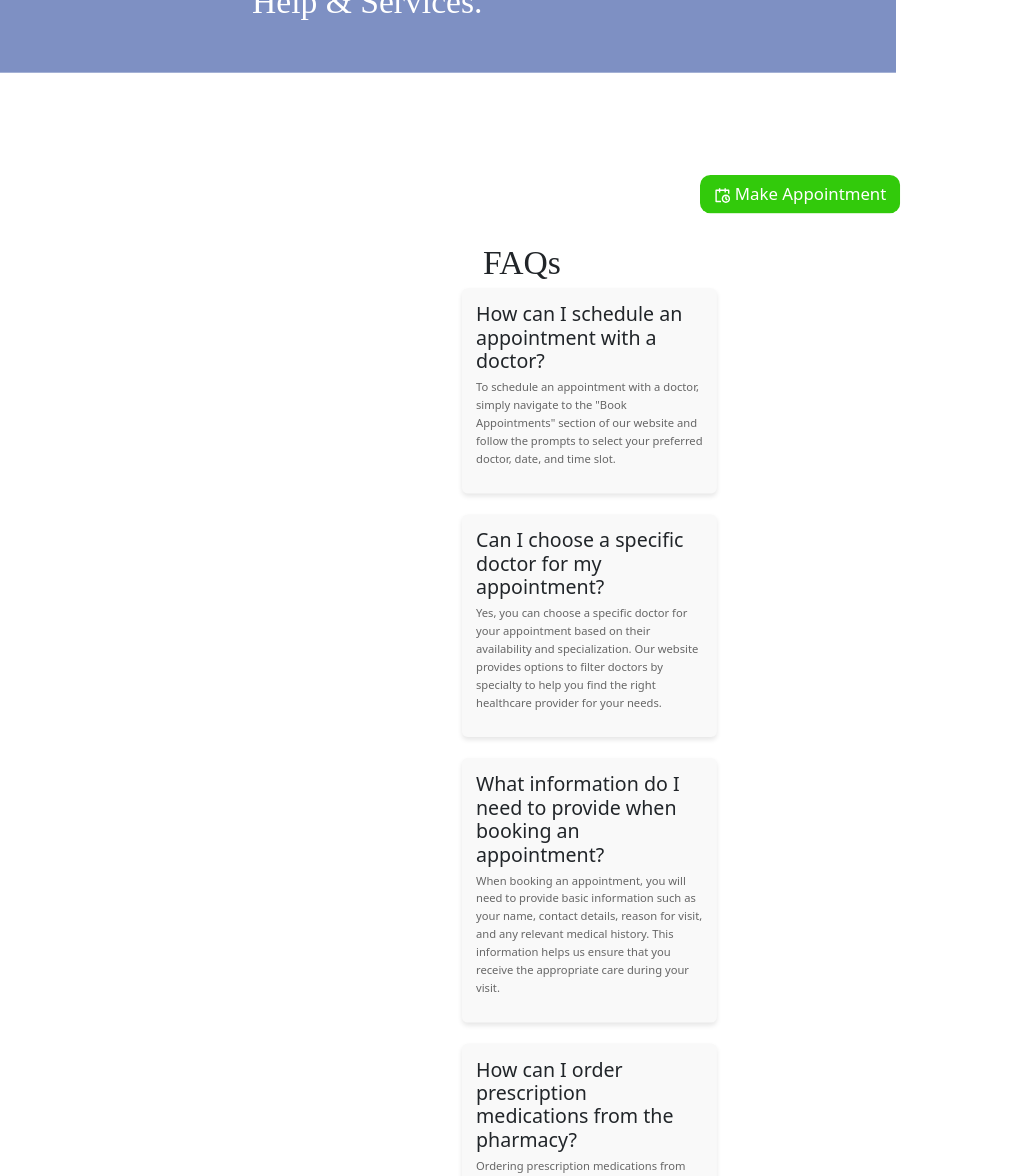
Repository: WajihaGul/MedicalApp-Frontend
Page: /
An editor plug-in stored every save of this project. The page is shown before and after the next save, followed by the edit.
The browser window is 1280 px wide. The page is 1457 px wide, so the pictures cover 1457 px, including what lies to the right of the window. The pictures show the part of the page from y = 2277 to 3957 px (the page is 4955 px tall before and 4991 px after), at 70% of full size.
The project was rebuilt for these pictures with package versions that can differ from the ones it lists, and the page was loaded fresh each time. Also part of the build but not shown: vite.config.js, src/index.css, src/App.css.

Above is the page before, as saved 2024-05-08 22:58:42.

### public/index.html
<!DOCTYPE html>
<html lang="en">
  <head>
    <meta charset="utf-8" />
    <link rel="icon" href="%PUBLIC_URL%/favicon.ico" />
    <meta name="viewport" content="width=device-width, initial-scale=1" />
    <meta name="theme-color" content="#000000" />
    <meta
      name="description"
      content="Web site created using create-react-app"
    />
    <link rel="apple-touch-icon" href="%PUBLIC_URL%/logo192.png" />

    <link rel="manifest" href="%PUBLIC_URL%/manifest.json" />

    <title>Health Buddy</title>

    <!-- Bootstrap CSS -->

    <link href="https://cdn.jsdelivr.net/npm/bootstrap@5.3.3/dist/css/bootstrap.min.css" rel="stylesheet">
  </head>
  <body>
    <noscript>You need to enable JavaScript to run this app.</noscript>
    <div id="root"></div>

  </body>
</html>

### src/index.js
import React from "react";
import ReactDOM from "react-dom/client";
import "./index.css";
import "bootstrap/dist/css/bootstrap.min.css";
import { Auth0Provider } from "@auth0/auth0-react";
import App from "./App";

const root = ReactDOM.createRoot(document.getElementById("root"));
root.render(
  <Auth0Provider
    domain="dev-0g3c3dxmqjxyqw2c.us.auth0.com"
    clientId="oMzUGa6dYetqfOyrTVNkJyeCd189p4oL"
    authorizationParams={{
      redirect_uri: window.location.origin,
    }}
  >
    <App />
  </Auth0Provider>
);

### src/App.js
import "./App.css";
import Homepage from "./Pages/Homepage";
function App() {
  return (
    <>
      <Homepage />
    </>
  );
}

export default App;

### src/Pages/Homepage.jsx
import Accomplishments from "../Components/Accomplishments/Accomplishments";
import Experience from "../Components/Experience/Experience";
import LandingPage from "./../Components/LandingPage/LandingPage";
import NavigationBar from "./../Components/NavigationBar/Navbar";
import MakeAppointment from "../Components/MakeAppointment/MakeAppointment";
import Footer from "../Components/Footer/Footer";
import Faqs from "../Components/FAQS/Faqs";

const Homepage = () => {
  return (
    <>
      <NavigationBar />
      <LandingPage />
      <Accomplishments />
      <Experience />
      <MakeAppointment />
      <Faqs />
      <Footer />
    </>
  );
};

export default Homepage;

### src/Components/Accomplishments/Accomplishments.jsx
import styles from "./Accomplishments.module.css";

const Accomplishments = () => {
  return (
    <div className={styles.container}>
      <div className={styles.innerContainer}>
        <div className={styles.column1}>
          <img
            className={styles.cols_img}
            src="https://medi-dove.netlify.app/img/counter/counter-icon-7.png"
            alt=""
          />

          <p className={styles.explanationi}>540 + </p>

          <p className={styles.explanationii}>Expert Doctors</p>

          <p className={styles.explanationiii}>
            Our team of dedicated professionals ensures personalized care and
            expert guidance tailored to your unique health needs
          </p>
        </div>

        <div className={styles.column1}>
          <img
            className={styles.cols_img}
            src="https://medi-dove.netlify.app/img/counter/counter-icon-9.png"
            alt=""
          />

          <p className={styles.explanationi}>899+</p>

          <p className={styles.explanationii}>Problem Solve</p>

          <p className={styles.explanationiii}>
            Benefit from our extensive expertise in resolving medical
            challenges, offering tailored solutions that prioritize patient
            well-being.
          </p>
        </div>

        <div className={styles.column3}>
          <img
            className={styles.cols_img}
            src="https://medi-dove.netlify.app/img/counter/counter-icon-83.png"
            alt=""
          />

          <p className={styles.explanationi}>100+</p>

          <p className={styles.explanationii}>Award Winner</p>

          <p className={styles.explanationiii}>
            With a track record of excellence, we continue to set the standard
            for cutting-edge medical information and services
          </p>
        </div>
      </div>
    </div>
  );
};

export default Accomplishments;

### src/Components/Experience/Experience.jsx
import styles from "./Experience.module.css";

const Experience = () => {
  return (
    <>
      <div className={styles.container}>
        <div className={styles.divimg}>
          <img
            className={styles.eimg}
            src="/Assets/Experience_image.png"
            alt="logo here"
          />
        </div>

        <div>
          <h1 className={styles.ehead1}>25+ Years Of Experience</h1>
          <br />
          <h6 className={styles.ehead6}>
            HealthBuddy helps you in searching available doctors as well as
            medicines
          </h6>
        </div>
        <div>
          <p className={styles.story_p}>
            Drawing upon a wealth of over 25 years of collective experience in
            the healthcare sector, our team brings unparalleled expertise to the
            development of medical websites. With a focus on user-centric design
            and accessibility, we create intuitive interfaces that prioritize
            patient engagement and professional credibility. By staying abreast
            of the latest industry trends and technological advancements, we
            ensure that our websites not only meet but exceed the expectations
            of both healthcare providers and their patients. Our commitment to
            excellence drives us to deliver solutions that resonate with our
            clients' goals and aspirations, ultimately contributing to the
            advancement of healthcare services in today's digital landscape.
          </p>
        </div>
      </div>
    </>
  );
};
export default Experience;

### src/Components/LandingPage/LandingPage.jsx
import React from "react";
import "bootstrap/dist/css/bootstrap.min.css";
import { Carousel } from "react-bootstrap";
import styles from "./LandingPage.module.css";

const LandingPage = () => {
  return (
    <Carousel>
      <Carousel.Item>
        <img
          className={styles.dblock}
          src="https:hips.hearstapps.com/hmg-prod/images/types-of-doctors-1600114658.jpg?crop=0.974xw:0.729xh;0,0&resize=1200:*"
          alt="First slide"
        />
        <Carousel.Caption>
          <h3 className={styles.sliders_h}>Welcome to HealthBuddy</h3>
          <p className={styles.sliders_p}>
            We are dedicated to providing compassionate care and innovative
            medical solutions tailored to your needs.
          </p>
        </Carousel.Caption>
      </Carousel.Item>
      <Carousel.Item>
        <img
          className={styles.dblock}
          src="https://medi-dove.netlify.app/img/home4/about/overlap.png"
          alt="Second slide"
        />
        <Carousel.Caption>
          <h3 className={styles.sliders_h}>
            Find Trusted Doctors in Your Area
          </h3>
          <p className={styles.sliders_p}>
            Whether you need a primary care physician, specialist, or allied
            healthcare provider, we've got you covered.
          </p>
        </Carousel.Caption>
      </Carousel.Item>
      <Carousel.Item>
        <img
          className={styles.dblock}
          src="https://drz0f01yeq1cx.cloudfront.net/1714474335549-158e1cf4-d33e-41ef-afb5-0ab23aea778c-4929.png"
          alt="Third slide"
        />
        <Carousel.Caption>
          <h3 className={styles.sliders_h}>Convenient Pharmacy Services</h3>
          <p className={styles.sliders_p}>
            Our pharmacy services make it easy to access the medications you
            need, right from the comfort of your own home.
          </p>
        </Carousel.Caption>
      </Carousel.Item>
    </Carousel>
  );
};

export default LandingPage;

### src/Components/NavigationBar/Navbar.jsx
import styles from "./Navbar.module.css";
import { useAuth0 } from "@auth0/auth0-react";

const Navbar = () => {
  const { loginWithRedirect, isAuthenticated, logout } = useAuth0();

  return (
    <>
      <nav className={styles.container}>
        <div className={styles.logo}>
          <img
            className={styles.nav_img}
            src="https://cdn.icon-icons.com/icons2/1465/PNG/512/588hospital_100778.png"
            alt="logo"
          />
          <h1 className={styles.nav_head}>HealthBuddy</h1>
        </div>
        <ul className={styles.navul}>
          <li href="#">Home</li>
          <li href="#">Doctors</li>
          <li href="#">Pharmacies</li>
          <li href="#">Contact Us</li>
        </ul>
        {isAuthenticated ? (
          <li>
            <button
              className={styles.customButton}
              onClick={() =>
                logout({ logoutParams: { returnTo: window.location.origin } })
              }
            >
              Log Out
            </button>
          </li>
        ) : (
          <li>
            <button
              className={styles.customButton}
              onClick={() => loginWithRedirect()}
            >
              Login
            </button>
          </li>
        )}
      </nav>
    </>
  );
};

export default Navbar;

### src/Components/MakeAppointment/MakeAppointment.jsx
import styles from "./MakeAppointment.module.css";
import { RiCalendarScheduleLine } from "react-icons/ri";

const MakeAppointment = () => {
  return (
    <>
      <div className={styles.container}>
        <div className={styles.divii}>
          <h3 className={styles.head3}>HealthCare Services</h3>
          <h1 className={styles.head1}>
            Don't Hesitate, Contact Us For Better Help & Services.
          </h1>
        </div>

        <div className={styles.ButtonHere}>
          <button className={styles.button} type="button">
            <RiCalendarScheduleLine className={styles.icon} />
            Make Appointment
          </button>
        </div>
      </div>
    </>
  );
};

export default MakeAppointment;

### src/Components/Footer/Footer.jsx
import React from "react";
import styles from "./Footer.module.css";
import {
  FaPhone,
  FaEnvelope,
  FaFacebook,
  FaTwitter,
  FaInstagram,
  FaLinkedin,
} from "react-icons/fa";

const Footer = () => {
  return (
    <>
      <footer className={styles.footer}>
        <div className={styles.container}>
          <div className={styles.footer_grid}>
            <div className={styles.footer_item}>
              <h3>Contact Us</h3>
              <p>
                <FaPhone /> +1-123-456-7890
              </p>
              <p>
                <FaEnvelope /> info@medicalwebsite.com
              </p>
            </div>
            <div className={styles.footer_item}>
              <h3>Quick Links</h3>
              <ul>
                <li>
                  <a href="#home">Home</a>
                </li>
                <li>
                  <a href="#doctors">Doctors</a>
                </li>
                <li>
                  <a href="#pharmacy">Pharmacy</a>
                </li>
                <li>
                  <a href="#appointments">Appointments</a>
                </li>
                <li>
                  <a href="#about">About Us</a>
                </li>
                <li>
                  <a href="#contact">Contact Us</a>
                </li>
              </ul>
            </div>
            <div className={styles.footer_item}>
              <h3>Services</h3>
              <ul>
                <li>
                  <a href="#appointment">Book Appointment</a>
                </li>
                <li>
                  <a href="#pharmacy-order">Order Medicine</a>
                </li>
              </ul>
            </div>
            <div className={styles.footer_item}>
              <h3>Follow Us</h3>
              <ul className={styles.social_icons}>
                <li>
                  <a href="https://facebook.com">
                    <FaFacebook />
                  </a>
                </li>
                <li>
                  <a href="https://twitter.com">
                    <FaTwitter />
                  </a>
                </li>
                <li>
                  <a href="https://instagram.com">
                    <FaInstagram />
                  </a>
                </li>
                <li>
                  <a href="https://linkedin.com">
                    <FaLinkedin />
                  </a>
                </li>
              </ul>
            </div>
          </div>
        </div>
        <div className={styles.footer_bottom}>
          <div className={styles.container}>
            <p>
              &copy; {new Date().getFullYear()} Medical Website. All rights
              reserved.
            </p>
          </div>
        </div>
      </footer>
    </>
  );
};

export default Footer;

### src/Components/FAQS/Faqs.jsx
import React from "react";
import styles from "./Faqs.module.css";

const Faqs = () => {
  return (
    <section className={styles.faq_section}>
      <div className={styles.faq_content}>
        <h2 className={styles.faq_h2}>FAQs</h2>
        <div className={styles.faq_item}>
          <h3>How can I schedule an appointment with a doctor?</h3>
          <p>
            To schedule an appointment with a doctor, simply navigate to the
            "Book Appointments" section of our website and follow the prompts to
            select your preferred doctor, date, and time slot.
          </p>
        </div>
        <div className={styles.faq_item}>
          <h3>Can I choose a specific doctor for my appointment?</h3>
          <p>
            Yes, you can choose a specific doctor for your appointment based on
            their availability and specialization. Our website provides options
            to filter doctors by specialty to help you find the right healthcare
            provider for your needs.
          </p>
        </div>
        <div className={styles.faq_item}>
          <h3>
            What information do I need to provide when booking an appointment?
          </h3>
          <p>
            When booking an appointment, you will need to provide basic
            information such as your name, contact details, reason for visit,
            and any relevant medical history. This information helps us ensure
            that you receive the appropriate care during your visit.
          </p>
        </div>
        <div className={styles.faq_item}>
          <h3>How can I order prescription medications from the pharmacy?</h3>
          <p>
            Ordering prescription medications from our pharmacy is easy. Simply
            log in to your account on our website, navigate to the pharmacy
            section, and browse our catalog of available medications. Add the
            desired items to your cart, proceed to checkout, and follow the
            instructions to complete your order
          </p>
        </div>

        <div className={styles.faq_item}>
          <h3>
            How long does it take for prescription medications to be delivered?
          </h3>
          <p>
            Prescription medication delivery times may vary depending on your
            location and the availability of the medications you have ordered.
            Typically, orders are processed and dispatched within 24 hours, and
            delivery times range from 2-3 business days.
          </p>
        </div>
      </div>
    </section>
  );
};

export default Faqs;

### src/Components/Accomplishments/Accomplishments.module.css
.container{
    margin:0 auto;
    width: 1200px;
    padding-top: 30px;
    padding-bottom: 30px;
    margin-top: 30px;
    display: flex;
    flex-direction: column;
}
.innerContainer{
    display: flex;
    flex-direction: row;
}
.column1 , .column2 , .column3{
    display: flex;
    flex-direction: column;
    justify-content: center;
    align-items: center;
}
.explanationi{
    font-size: xxx-large;
    font-weight: 700px;
}

.explanationii{
    color: green;
    font-size: larger;
    font-style: italic;
    margin-top: -12px;
}

.explanationiii{
    text-align: justify;
    margin-right: 23px;
    font-size:24px;
}

.cols_img{
    height: 150px;
    width: 150px;
    align-items: center !important;
    justify-content: center !important;
}

### src/Components/Experience/Experience.module.css
.container{
  margin: 0 auto;
  width: 1200px;
  margin-top: 138px;
  display: flex;
  flex-direction: row;
  margin-bottom: 138px;
}

.logo, .experience , .story{
  margin: 10px;
  height: 100px !important;
}

.story_p{
  padding: 44px;
    text-align: justify;
    font-size: 20px;
    width: 900px;
}
.divimg{

}
.ehead1{
  font-size: 69px;
}

.ehead6{
color: #339e46 ;
font-size: larger;
}
.eimg{
  height: 131px;
  margin-bottom: 102px;
  margin-top: 102px;
  padding-right: 30px;
}

### src/Components/LandingPage/LandingPage.module.css
.carousel {
  overflow: hidden; /* Hide any overflow */
}

.carousel-item img {
  max-width: 100%; /* Ensure images don't exceed the width of the container */
  max-height: 100vh; /* Adjust the height as needed to fit within the viewport */
  margin: auto; /* Center the images horizontally */
}

.dblock{
  height: 100vh;
  width: 100%;
  margin-bottom: 100px;
  filter: brightness(0.5);
}

.sliders_p{
  font-size: 48px;
  color: white;
  width: 1462px;
  text-align: center;
  padding-bottom: 156px;
  font-family: serif;
}

.sliders_h{
  font-size: 48px;
  font-family: serif;
}

### src/Components/NavigationBar/Navbar.module.css
nav {
    position: fixed;
    top: 0;
    left: 0;
    width: 100%;
    display: flex;
    justify-content: space-between;
    align-items: center;
    height: 80px;
    padding: 0 30px;
    background-color: #4f4fa1;
    box-shadow: 0px 4px 10px rgba(0, 0, 0, 0.1);
    z-index: 10;
}

.navul {
  display: flex;
  gap: 53px;
  list-style-type: none;
  margin: 0;
  padding: 0;
  font-size: x-large;
  box-sizing: border-box;
  font-family: cursive;
  color: white;
  font-weight: 800;
}

.navbar-item {
  position: relative;
}

.navbar-item a {
  text-decoration: none;
  color: #fff;
  font-weight: bold;
  padding: 15px 20px;
  border-radius: 10px;
  transition: background-color 0.3s ease;
}

.navbar-item a:hover {
  background-color: rgba(255, 255, 255, 0.2); /* Semi-transparent background on hover */
}

.customButton {
  background-color: #f0f1ff;
    border: none;
    font-family: cursive;
    color: #2259b1;
    padding: 0px 32px;
    text-align: center;
    text-decoration: none;
    display: inline-block;
    margin: 4px 2px;
    cursor: pointer;
    border-radius: 4px;
    transition-duration: 0.4s;
    font-size: x-large;
    height: 54px;
    font-weight: 700;
}

.customButton:hover {

}


.btn-primary.btn-lg:hover {
  transform: scale(1.05); /* Scale button on hover */
}

.logo {
  display: flex;
  align-items: center;
}

.nav_img {
  height: 47px;
  margin-right: 20px;
  margin-top: -9px;
  margin-right: 14px;
}

.nav_head {
  font-size: 2.5rem;
  margin-left: -12px;
  color:#ffffff;
  font-family: cursive;
  margin-bottom: 1px;
  font-weight: 800;
  font-size: xx-large;
}

### src/Components/MakeAppointment/MakeAppointment.module.css
.container{
    background-color: rgb(126 144 195);
    height: 340px;
    margin-top: 152px
}
.head3{
    color: white;
    font-family: cursive;
    margin-left: 290px;
    padding-top: 41px;
    width: 800px;
    font-size: xxx-large;
    margin-right: 290px;
}
.head1{
    margin-top: 44px;
    color: white;
    font-family: cursive;
    margin-left: 290px;
    font-size: xxx-large;
    width: 800px;
}

.ButtonHere, .divii{
    float: left;
    width: 280px;
    margin: 10px;
}

.divii{
    margin-left: 70px;
    margin-right: -32px;
}

.ButtonHere{
    margin-left: 1000px;
    margin-top: 200px;
}

.button{
    height: 55px;
    width: 286px;
    border-color: transparent;
    font-size: x-large;
    border-radius: 15px;
    background-color: #32ca0b;
    color: white;
}

.icon{
    margin-right: 6px;
    height: 54px;
}

### src/Components/Footer/Footer.module.css
.footer {
  background-color: #191931;
  padding-top: 26px;
  padding-left: 25px;
  font-family: emoji;
  color: white;
  display: flex;
  flex-direction: column;
  justify-content: space-between; /* Align content at the top and bottom */
  height: 100%; /* Make the footer take the full height */
}

.footer .container {
  justify-content: space-between;
  color: white;
}

.footer_grid {
  color: white;
  display: grid;
  grid-template-columns: repeat(4, 1fr);
  grid-gap: 30px;
}

.footer_item {
  color: white;
  margin-bottom: 30px;
}

.footer_item h3 {
  color: white;
  font-size: 1.2rem;
  margin-bottom: 15px;
  color: white;
}

.footer_item p {
  color: white;
  font-size: 1rem;
  margin-bottom: 10px;
}

.footer_item ul {
  color: white;
  list-style-type: none;
  padding: 0;
}

.footer_item ul li {
  margin-bottom: 5px;
  color: white;
}

.footer_item ul li a {
  color: #333;
  text-decoration: none;
  color: white;
}

.footer_item ul li a:hover {
  color: #007bff;
}

.social_icons {
  display: flex;
  padding: 0;
  color: white;
}

.social_icons li {
  margin-right: 10px;
  color: white;
}

.social_icons li:last-child {
  margin-right: 0;
  color: white;
}

.social_icons a {
  color: white;
  font-size: 1.2rem;
  text-decoration: none;
}

.social_icons a:hover {
  color: #007bff;
}

.footer_bottom {
  background-color:  #191931;
  padding: 15px 0;
  color: white;
  text-align: center;
}

.footer_bottom p {
  margin-left: -23px;
  font-size: 0.9rem;
  color: white;
}

### src/Components/FAQS/Faqs.module.css
.faq_section {
    max-width: 1587px;
    display: flex;
    padding-left: 300px;
    padding: 300p;
    padding-top: 32px;
    align-items: center;
    margin-left: 340px;
}
  .faq_h2{
    font-size: 3rem;
    font-family: emoji;
    padding-left: 30px;
  }
  .faq_content {
    width: 60%;
    padding-left: 20px;
  }


  .faq_item {
    margin-bottom: 30px;
    background-color: #f9f9f9;
    padding: 20px;
    border-radius: 8px;
    box-shadow: 0 4px 8px rgba(0, 0, 0, 0.1);
    transition: transform 0.3s ease;
  }

  .faq_item:hover {
    transform: translateY(-5px);
    color: #4f4fa1;
  }

  .faq-item h3 {
    font-size: 1.2rem;
    margin-bottom: 10px;
    color: #333;
  }

  .faq_item p {
    font-size: 1rem;
    line-height: 1.6;
    color: #666;
  }

After the next save:
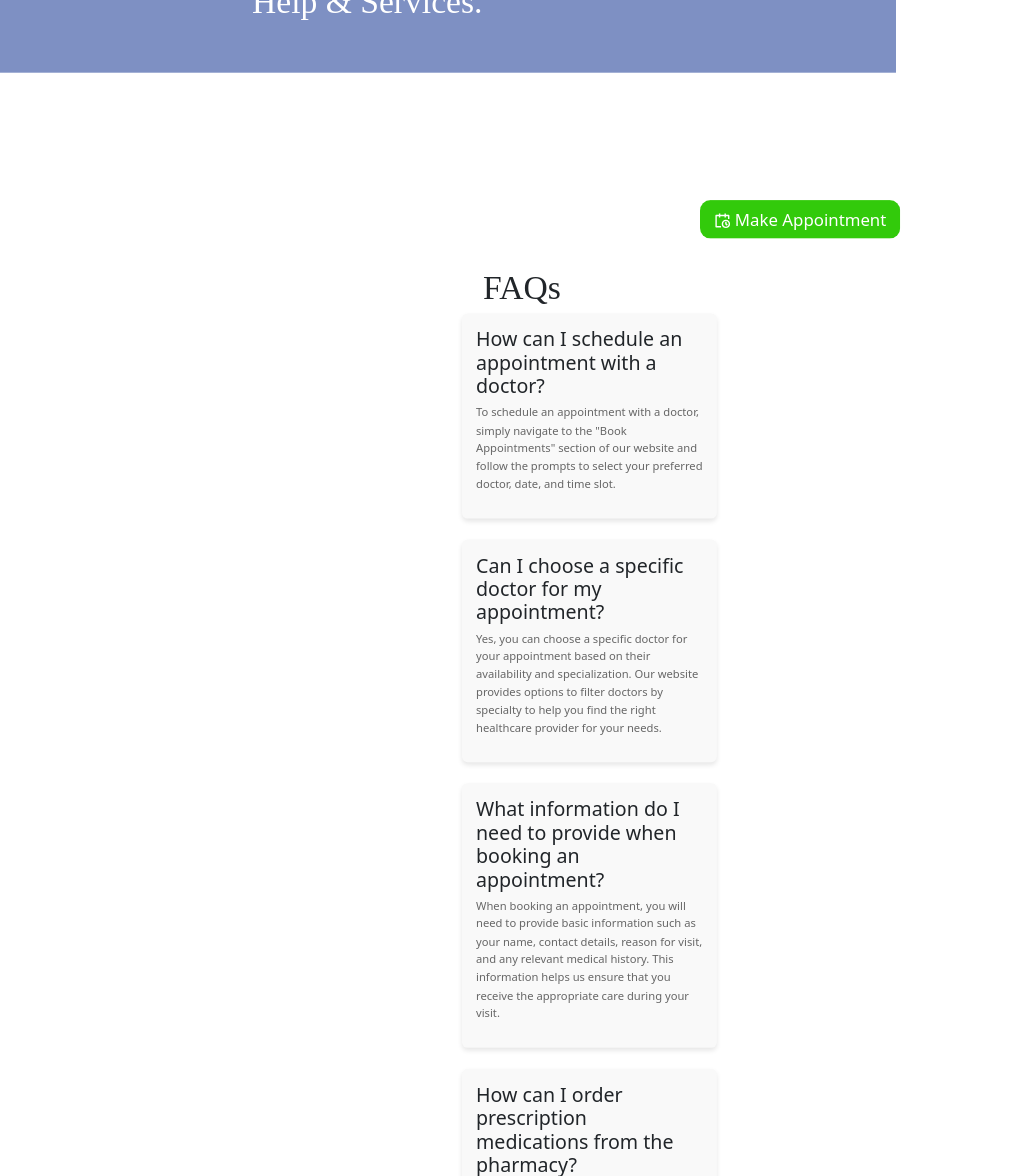
Saved 2 min 16 s later.
--- a/src/Components/MakeAppointment/MakeAppointment.module.css
+++ b/src/Components/MakeAppointment/MakeAppointment.module.css
@@ -19,6 +19,8 @@
     margin-left: 290px;
     font-size: xxx-large;
     width: 800px;
+    margin-bottom: 44px;
+    margin-right: 290px;
 }
 
 .ButtonHere, .divii{
